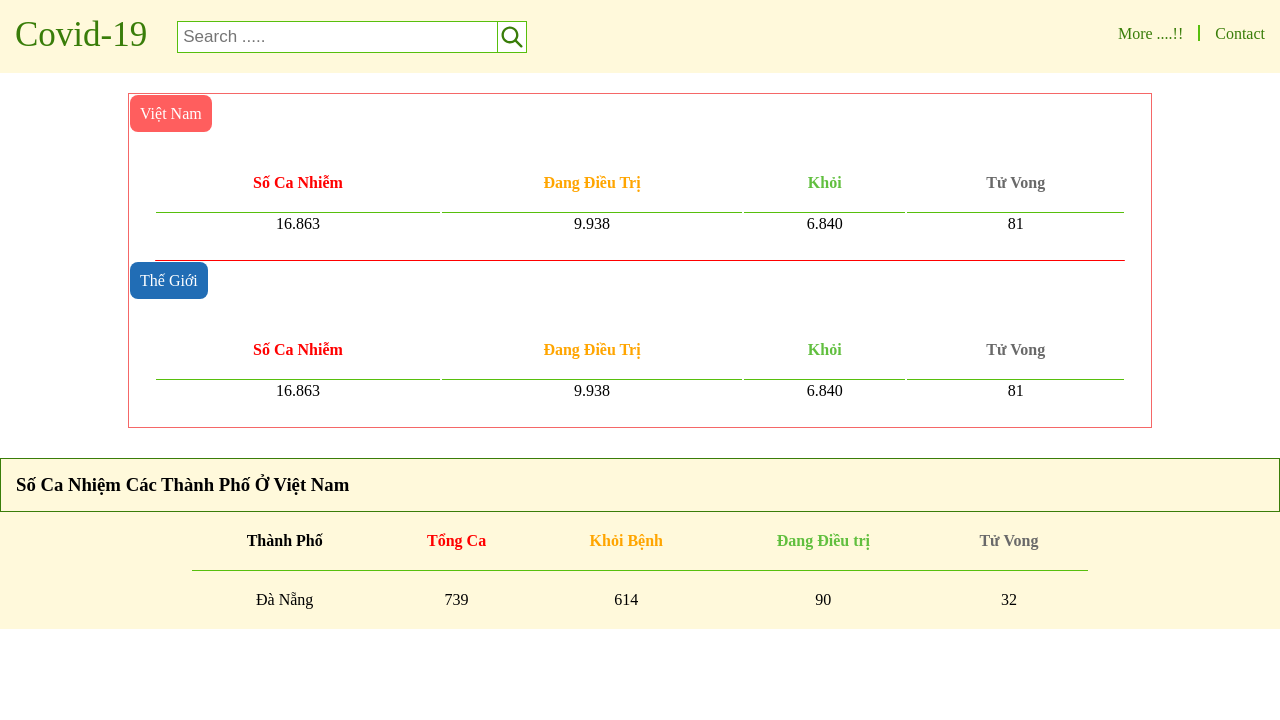
Repository: thuongton98/Covid
Page: html-css-js/index.html
An editor plug-in stored every save of this project. The page is shown before and after the next save, followed by the edit.
The browser window is 1280 px wide. The pictures show the whole page.

Above is the page before, as saved 2021-07-01 10:16:53.

After the next save:
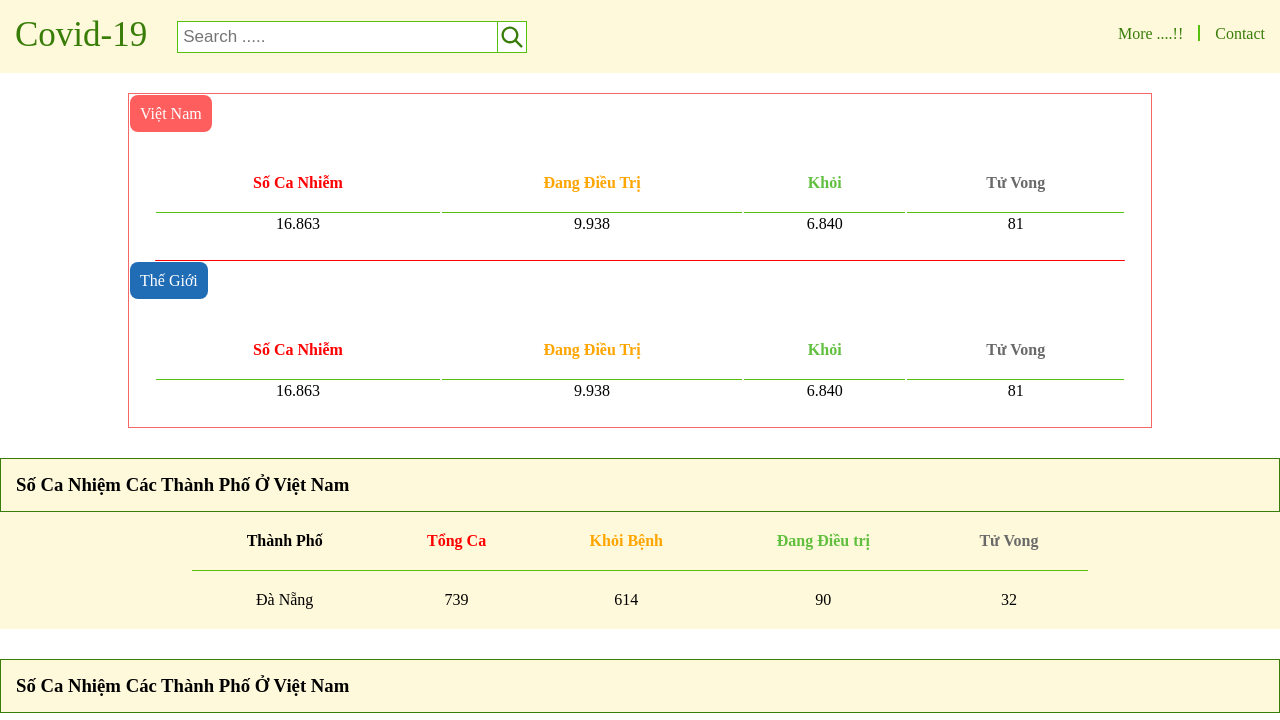
Saved 40 s later.
--- a/html-css-js/index.html
+++ b/html-css-js/index.html
@@ -82,5 +82,9 @@
             </table>
         </div>
     </section>
+    <section class="all-case alert">
+        <h3>Số Ca Nhiệm Các Thành Phố Ở Việt Nam</h3>
+
+    </section>
 </body>
 </html>

After the save that followed:
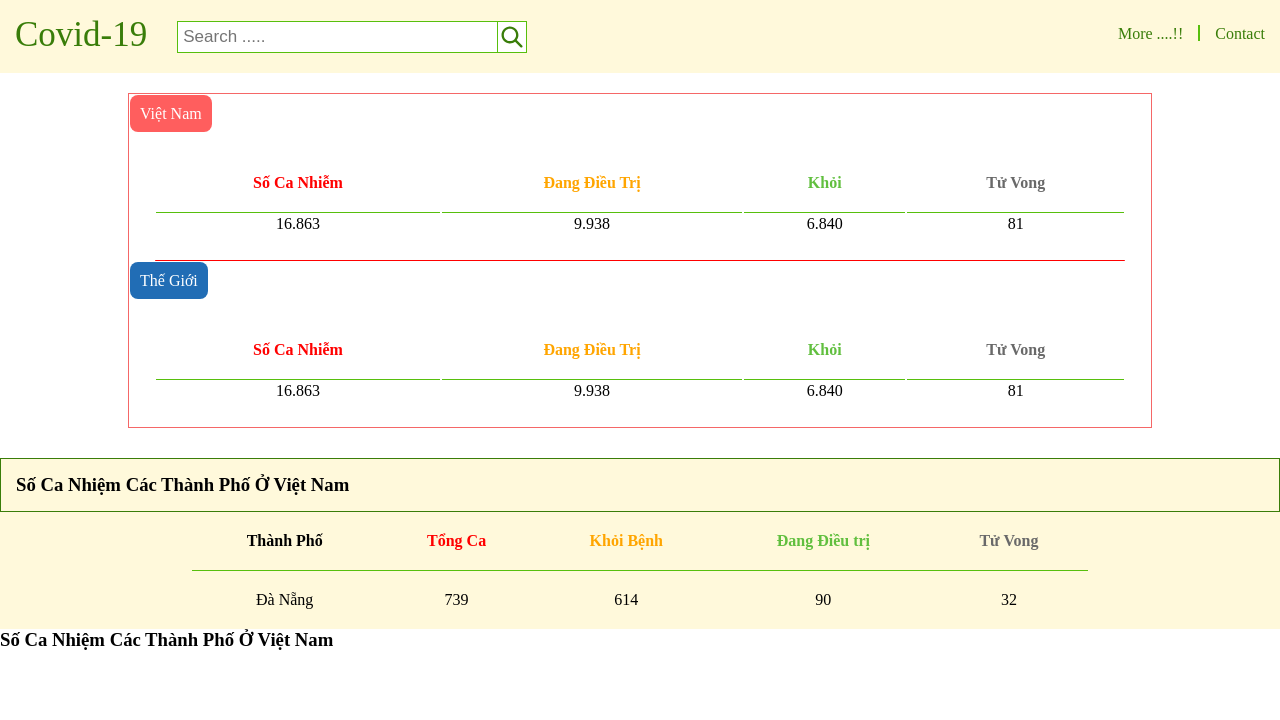
Saved 6 s later.
--- a/html-css-js/index.html
+++ b/html-css-js/index.html
@@ -82,7 +82,7 @@
             </table>
         </div>
     </section>
-    <section class="all-case alert">
+    <section class="alert">
         <h3>Số Ca Nhiệm Các Thành Phố Ở Việt Nam</h3>
 
     </section>
